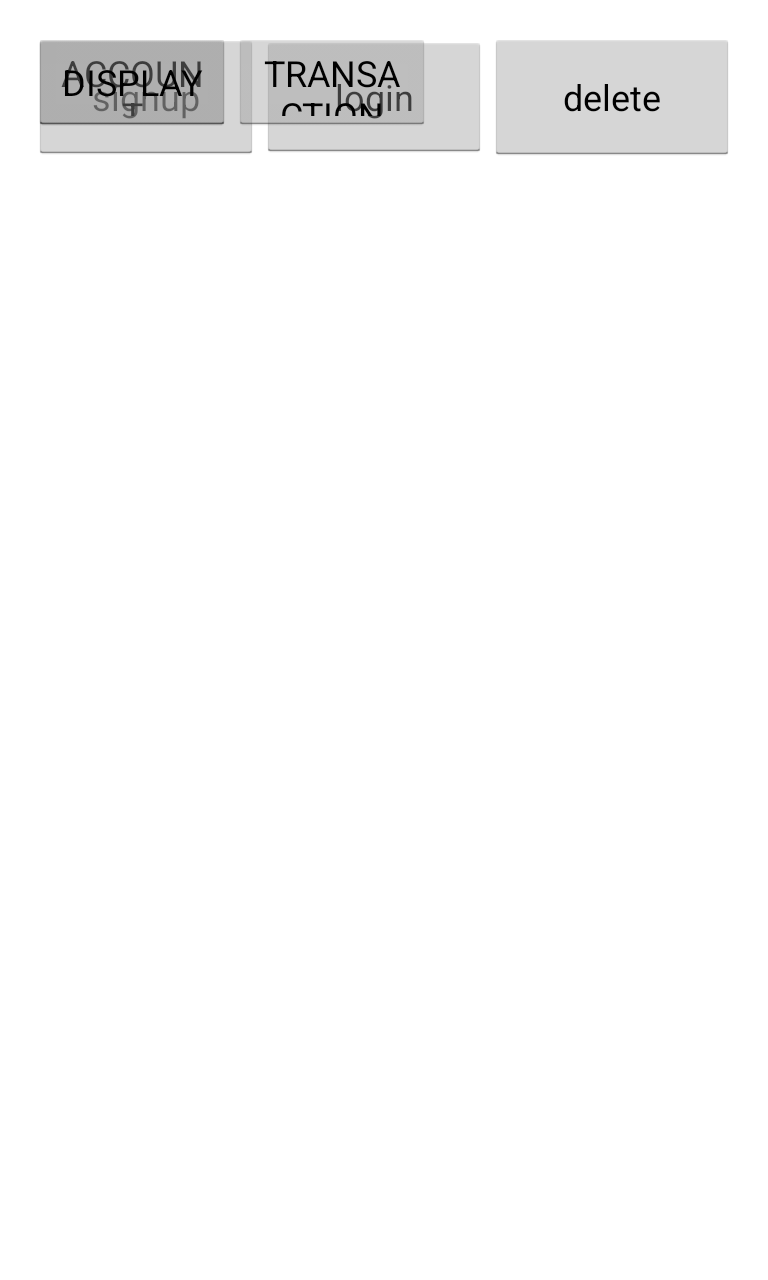
Repository: arjuntheprogrammer/iact
Layout: iact/iact android practice/mywork/tabhost/res/layout/activity_main.xml
The author's editor kept a copy of each file at every save. The layout is drawn from the files as they stood at one save, then again after the next save.
It is drawn on a 768 x 1280 px phone screen (xhdpi) without system bars, with theme AppTheme; the app's code is not run.

Above is the layout before, as saved 2016-01-05 11:06:49.

### iact/iact android practice/mywork/tabhost/res/layout/activity_main.xml
<RelativeLayout xmlns:android="http://schemas.android.com/apk/res/android"
    xmlns:tools="http://schemas.android.com/tools"
    android:layout_width="match_parent"
    android:layout_height="match_parent"
    android:paddingBottom="@dimen/activity_vertical_margin"
    android:paddingLeft="@dimen/activity_horizontal_margin"
    android:paddingRight="@dimen/activity_horizontal_margin"
    android:paddingTop="@dimen/activity_vertical_margin"
    tools:context=".MainActivity" >

    <TabHost
        android:id="@+id/tabhost1"
        android:layout_width="match_parent"
        android:layout_height="match_parent"
        android:layout_alignParentLeft="true"
        android:layout_alignParentTop="true" >

        <LinearLayout
            android:layout_width="match_parent"
            android:layout_height="match_parent"
            android:orientation="vertical" >

            <TabWidget
                android:id="@android:id/tabs"
                android:layout_width="match_parent"
                android:layout_height="wrap_content" >
            </TabWidget>

            <FrameLayout
                android:id="@android:id/tabcontent"
                android:layout_width="match_parent"
                android:layout_height="match_parent" >

                <LinearLayout
                    android:id="@+id/tab1"
                    android:layout_width="match_parent"
                    android:layout_height="match_parent" >

                    <Button
                        android:id="@+id/b2"
                        android:layout_width="wrap_content"
                        android:layout_height="64dp"
                        android:layout_weight="0.40"
                        android:text="signup" />

                    <Button
                        android:id="@+id/b1"
                        android:layout_width="wrap_content"
                        android:layout_height="62dp"
                        android:layout_weight="0.55"
                        android:text="login" />

                    <Button
                        android:id="@+id/b3"
                        android:layout_width="wrap_content"
                        android:layout_height="65dp"
                        android:layout_weight="0.56"
                        android:text="delete" />

                </LinearLayout>

                <LinearLayout
                    android:id="@+id/tab2"
                    android:layout_width="match_parent"
                    android:layout_height="match_parent" >
                <Button
                    android:id="@+id/b4"
                    android:text="ACCOUNT"
                    android:layout_width="100dp"
                    android:layout_height="50dp"
                    />
                <Button
                    android:id="@+id/b5"
                    android:text="TRANSACTION"
                    android:layout_width="100dp"
                    android:layout_height="50dp"
                    />


                </LinearLayout>

                <LinearLayout
                    android:id="@+id/tab3"
                    android:layout_width="match_parent"
                    android:layout_height="match_parent" >
                 <Button
                    android:id="@+id/b6"
                    android:text="DISPLAY"
                    android:layout_width="100dp"
                    android:layout_height="50dp"
                    />
                </LinearLayout>
            </FrameLayout>
        </LinearLayout>
    </TabHost>

</RelativeLayout>

Loaded but not shown: iact/iact android practice/mywork/tabhost/res/values/styles.xml (common file); iact/iact android practice/mywork/tabhost/res/values-v11/styles.xml (common file); iact/iact android practice/mywork/tabhost/res/values-v14/styles.xml (common file); iact/iact android practice/mywork/tabhost/res/values/dimens.xml (common file)

After the next save:
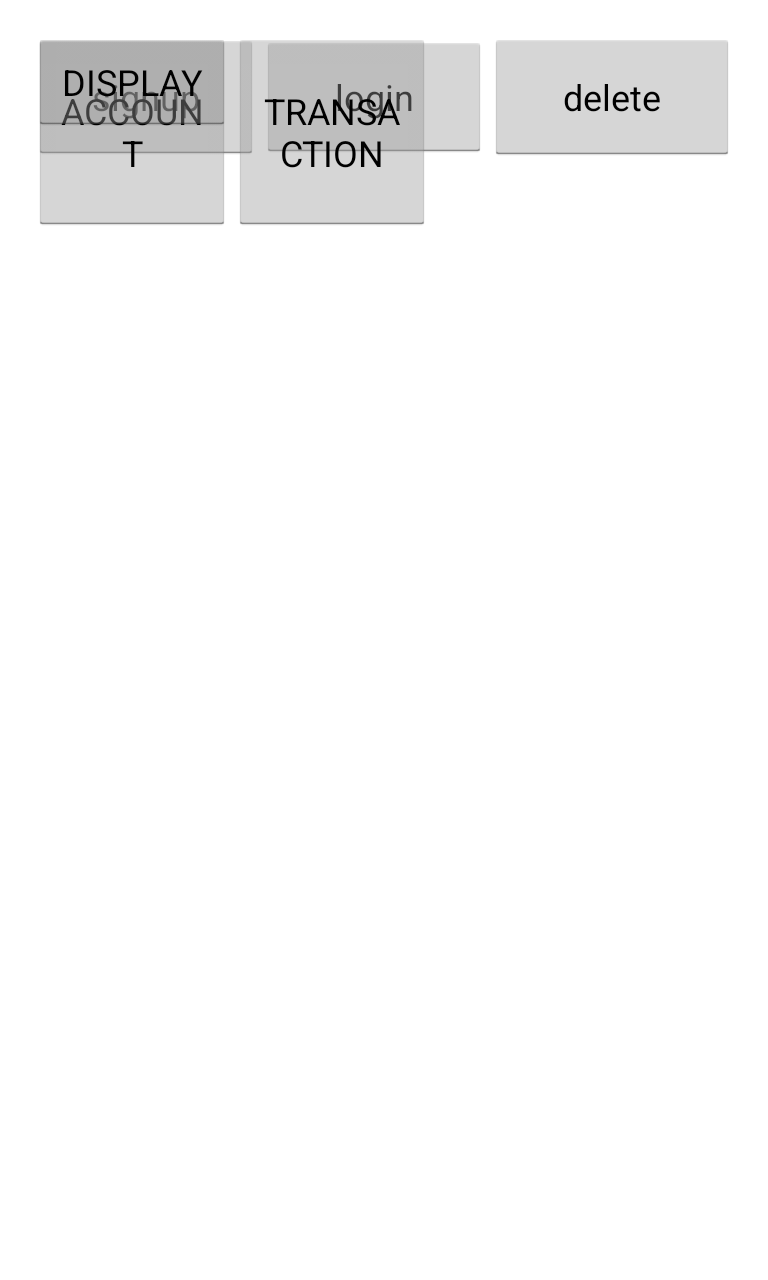
Saved 55 s later.
--- a/iact/iact android practice/mywork/tabhost/res/layout/activity_main.xml
+++ b/iact/iact android practice/mywork/tabhost/res/layout/activity_main.xml
@@ -67,13 +67,13 @@
                     android:id="@+id/b4"
                     android:text="ACCOUNT"
                     android:layout_width="100dp"
-                    android:layout_height="50dp"
+                    android:layout_height="100dp"
                     />
                 <Button
                     android:id="@+id/b5"
                     android:text="TRANSACTION"
                     android:layout_width="100dp"
-                    android:layout_height="50dp"
+                    android:layout_height="100dp"
                     />
 
 
